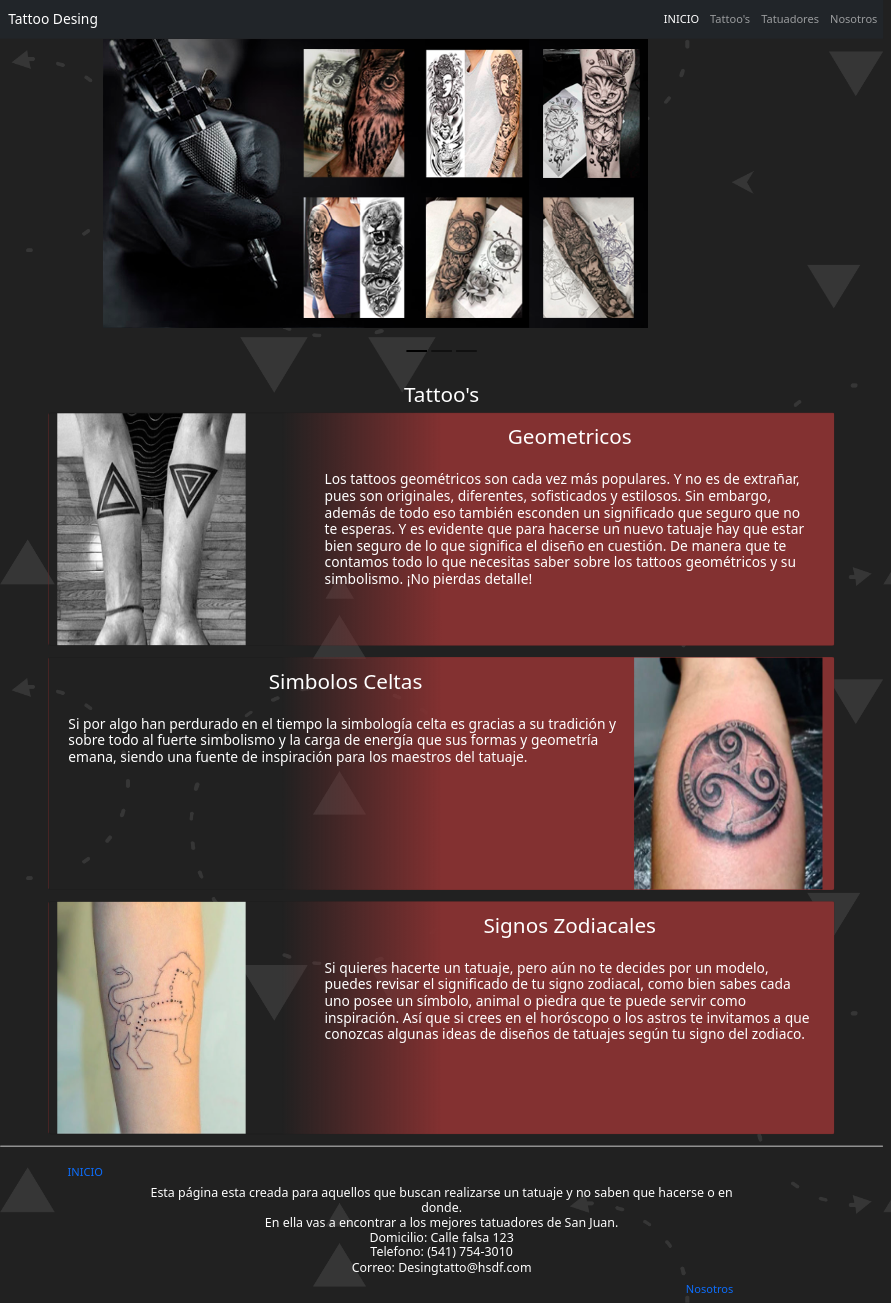
Repository: Vladimir-22/TatooDesign
Page: index.html
These files come from the project's save history. The page is drawn as it stood at one moment and after the next save; the edit follows.
The browser window is 1280 px wide. The page is 1292 px wide, so the pictures cover 1292 px, including what lies to the right of the window. The pictures show the whole page, at 69% of full size.
Some web libraries are served in a nearby version.

Above is the page before, as saved 2021-05-19 22:44:31.

### index.html
<!DOCTYPE html>
<html lang="es">
  <head>
    <meta charset="UTF-8" />
    <meta http-equiv="X-UA-Compatible" content="IE=edge" />
    <meta name="viewport" content="width=device-width, initial-scale=1.0" />
    <link
      href="https://cdn.jsdelivr.net/npm/bootstrap@5.0.0-beta3/dist/css/bootstrap.min.css"
      rel="stylesheet"
      integrity="sha384-eOJMYsd53ii+scO/bJGFsiCZc+5NDVN2yr8+0RDqr0Ql0h+rP48ckxlpbzKgwra6"
      crossorigin="anonymous"
    />
    <script
      src="https://cdn.jsdelivr.net/npm/bootstrap@5.0.0-beta3/dist/js/bootstrap.bundle.min.js"
      integrity="sha384-JEW9xMcG8R+pH31jmWH6WWP0WintQrMb4s7ZOdauHnUtxwoG2vI5DkLtS3qm9Ekf"
      crossorigin="anonymous"
    ></script>
    <script
      src="https://cdn.jsdelivr.net/npm/bootstrap@5.0.0-beta3/dist/js/bootstrap.bundle.min.js"
      integrity="sha384-JEW9xMcG8R+pH31jmWH6WWP0WintQrMb4s7ZOdauHnUtxwoG2vI5DkLtS3qm9Ekf"
      crossorigin="anonymous"
    ></script>
    <script
      src="https://cdn.jsdelivr.net/npm/@popperjs/core@2.9.1/dist/umd/popper.min.js"
      integrity="sha384-SR1sx49pcuLnqZUnnPwx6FCym0wLsk5JZuNx2bPPENzswTNFaQU1RDvt3wT4gWFG"
      crossorigin="anonymous"
    ></script>
    <script
      src="https://cdn.jsdelivr.net/npm/bootstrap@5.0.0-beta3/dist/js/bootstrap.min.js"
      integrity="sha384-j0CNLUeiqtyaRmlzUHCPZ+Gy5fQu0dQ6eZ/xAww941Ai1SxSY+0EQqNXNE6DZiVc"
      crossorigin="anonymous"
    ></script>
    <link
      rel="stylesheet"
      href="https://use.fontawesome.com/releases/v5.8.1/css/all.css"
      integrity="sha384-50oBUHEmvpQ+1lW4y57PTFmhCaXp0ML5d60M1M7uH2+nqUivzIebhndOJK28anvf"
      crossorigin="anonymous"
    />
    <link rel="stylesheet" href="css/styles.css" />
    <title>Tattoo Desing</title>
  </head>

  <body>
    <nav class="navbar navbar-expand-lg navbar-dark bg-dark">
      <div class="container-fluid">
        <!-- <i class="fas fa-bars"></i> -->

        <div class="col-md-9">
          <a class="navbar-brand" href="#">Tattoo Desing</a>

          <button
            class="navbar-toggler"
            type="button"
            data-bs-toggle="collapse"
            data-bs-target="#navbarNav"
            aria-controls="navbarNav"
            aria-expanded="false"
            aria-label="Toggle navigation"
          >
            <span class="navbar-toggler-icon"></span>
          </button>
        </div>

        <div class="col-md-3 collapse navbar-collapse" id="navbarNav">
          <ul class="navbar-nav">
            <li class="nav-item">
              <a class="nav-link active" aria-current="page" href="#">INICIO</a>
            </li>
            <li class="nav-item">
              <a class="nav-link" href="tattoo's.html">Tattoo's</a>
            </li>
            <li class="nav-item">
              <a class="nav-link" href="tatuadores.html">Tatuadores</a>
            </li>
            <li class="nav-item">
              <a
                class="nav-link"
                href="nosotros.html"
                tabindex="-1"
                aria-disabled="true"
                >Nosotros</a
              >
            </li>
          </ul>
        </div>
      </div>
    </nav>

    <div class="container">
      <div class="row" id="carrusel">
        <div
          id="carouselExampleDark"
          class="carousel carousel-dark slide"
          data-bs-ride="carousel"
        >
          <div class="carousel-indicators">
            <button
              type="button"
              data-bs-target="#carouselExampleDark"
              data-bs-slide-to="0"
              class="active"
              aria-current="true"
              aria-label="Slide 1"
            ></button>
            <button
              type="button"
              data-bs-target="#carouselExampleDark"
              data-bs-slide-to="1"
              aria-label="Slide 2"
            ></button>
            <button
              type="button"
              data-bs-target="#carouselExampleDark"
              data-bs-slide-to="2"
              aria-label="Slide 3"
            ></button>
          </div>

          <div class="carousel-inner">
            <div class="carousel-item active" data-bs-interval="10000">
              <img
                id="imgCarrusel"
                src="./Agos/Carrusel/trae-tu-diseño.png"
                class="d-block w-20"
                alt="..."
              />
              <!-- <div class="carousel-caption d-none d-md-block">
                            <h5>First slide label</h5>
                            <p>Some representative placeholder content for the first slide.</p>
                        </div> -->
            </div>
            <div class="carousel-item" data-bs-interval="4000">
              <img
                id="imgCarrusel"
                src="./Agos/Carrusel/Tendencias.png"
                class="d-block w-20"
                alt="..."
              />
              <!-- <div class="carousel-caption d-none d-md-block">
                            <h5>Second slide label</h5>
                            <p>Some representative placeholder content for the second slide.</p>
                        </div> -->
            </div>
            <div class="carousel-item" data-bs-interval="2000">
              <img
                id="imgCarrusel"
                src="./Agos/Carrusel/Tatuadores-banner.png"
                class="d-block w-20"
                alt="..."
              />
              <!-- <div class="carousel-caption d-none d-md-block">
                            <h5>Third slide label</h5>
                            <p>Some representative placeholder content for the third slide.</p>
                        </div> -->
            </div>
          </div>

          <!-- <button class="carousel-control-prev" type="button" data-bs-target="#carouselExampleDark" data-bs-slide="prev">
                  <span class="carousel-control-prev-icon" aria-hidden="true"></span>
                  <span class="visually-hidden">Previous</span>
                </button>
                <button class="carousel-control-next" type="button" data-bs-target="#carouselExampleDark" data-bs-slide="next">
                  <span class="carousel-control-next-icon" aria-hidden="true"></span>
                  <span class="visually-hidden">Next</span>
                </button> -->
        </div>
      </div>

      <div class="row section2 text-center">
        <h1>Tattoo's</h1>
      </div>

      <div class="row">
        <!-- <div class="card mb-3">
                <img src="./Pedro/Categorías - Signos Zodiacales/Simbolos Celtas.PNG" class="card-img-top" alt="...">
                <div class="card-body">
                    <h5 class="card-title">Card title</h5>
                    <p class="card-text">This is a wider card with supporting text below as a natural lead-in to additional content. This content is a little bit longer.</p>
                    <p class="card-text"><small class="text-muted">Last updated 3 mins ago</small></p>
                </div>
            </div> -->

        <div id="Geometricos" class="card mb-3" style="max-width: auto">
          <div class="row g-0">
            <div class="col-md-4">
              <img
                id="imagen"
                src="./Pedro/Categorías - descripcion inicio/Tatuajes Geometricos.jpg"
                alt="..."
              />
            </div>
            <div class="col-md-8">
              <div class="card-body">
                <h1 class="card-title">Geometricos</h1>
                <br />
                <h5 id="descrip-gral" class="card-text">
                  Los tattoos geométricos son cada vez más populares. Y no es de
                  extrañar, pues son originales, diferentes, sofisticados y
                  estilosos. Sin embargo, además de todo eso también esconden un
                  significado que seguro que no te esperas. Y es evidente que
                  para hacerse un nuevo tatuaje hay que estar bien seguro de lo
                  que significa el diseño en cuestión. De manera que te contamos
                  todo lo que necesitas saber sobre los tattoos geométricos y su
                  simbolismo. ¡No pierdas detalle!
                </h5>
                <!-- <p class="card-text"><small class="text-muted">Última actualización 3 minutos</small></p> -->
              </div>
            </div>
          </div>
        </div>

        <div id="Celtas" class="card mb-3" style="max-width: auto">
          <div class="row g-0">
            <div class="col-md-9">
              <div class="card-body">
                <h1 class="card-title">Simbolos Celtas</h1>
                <br />
                <h5 id="descrip-gral" class="card-text">
                  Si por algo han perdurado en el tiempo la simbología celta es
                  gracias a su tradición y sobre todo al fuerte simbolismo y la
                  carga de energía que sus formas y geometría emana, siendo una
                  fuente de inspiración para los maestros del tatuaje.
                </h5>
                <!-- <p class="card-text"><small class="text-muted">Última actualización 3 minutos</small></p> -->
              </div>
            </div>
            <div class="col-md-3">
              <img
                id="imagen"
                src="./Pedro/Categorías - descripcion inicio/Simbolos Celtas.jpg"
                alt="..."
              />
            </div>
          </div>
        </div>

        <div id="Zodiacales" class="card mb-3" style="max-width: auto">
          <div class="row g-0">
            <div class="col-md-4">
              <img
                id="imagen"
                src="./Pedro/Categorías - descripcion inicio/Signos Zodiacales.jpg"
                alt="..."
              />
            </div>
            <div class="col-md-8">
              <div class="card-body">
                <h1 class="card-title">Signos Zodiacales</h1>
                <br />
                <h5 id="descrip-gral" class="card-text">
                  Si quieres hacerte un tatuaje, pero aún no te decides por un
                  modelo, puedes revisar el significado de tu signo zodiacal,
                  como bien sabes cada uno posee un símbolo, animal o piedra que
                  te puede servir como inspiración. Así que si crees en el
                  horóscopo o los astros te invitamos a que conozcas algunas
                  ideas de diseños de tatuajes según tu signo del zodiaco.
                </h5>
                <!-- <p class="card-text"><small class="text-muted">Última actualización 3 minutos</small></p> -->
              </div>
            </div>
          </div>
        </div>
      </div>
    </div>
  </body>
  <footer>
    <div class="footer" id="footer">
      <div id="footer" class="card mb-3" style="auto"></div>
        <div class="container">
            <div class="row">
                <div class="col">
                        <a class="nav-link active" aria-current="page" href="#">INICIO</a>
                    </div>
                </div>
                <div class="col-md-2"></div>
            </div>
            <div class="row">
                <div class="col"></div>
                <div class="col-md-8">
                    <h3 id="descrip-gral" class="card-text">
                        Esta página esta creada para aquellos que buscan realizarse un
                        tatuaje y no saben que hacerse o en donde. <br>
                        En ella vas a encontrar a los mejores tatuadores de San Juan.<br>
                        Domicilio: Calle falsa 123<br>
                        Telefono: (541) 754-3010<br>
                        Correo: Desingtatto@hsdf.com<br>
                    </h3>
                </div>
                <div class="col"></div>
            </div>
            <div class="row">
                <div class="col"></div>
                <div class="col"></div>
                <div class="col-md-3">
                    <a class="nav-link" href="nosotros.html" tabindex="-1" aria-disabled="true" >Nosotros</a>
                </div>
            </div>
      </div>
    </div>
  </footer>
</html>

### css/styles.css
body {
    margin: 0 !important;
    padding: 0;
    position: relative;
    /*width: 1440px;
    height: 1024px;*/
    background: #212121;
    background-image: url(../Daniela/Background.png);
    background-position: center;
    background-size: contain;
    /* font-family: NanumGothic; */
}

.section2 {
    margin-top: 7%;
    color: white;
}

.section3 {
    margin-top: 3%;
    color: white;
}

h1 {
    font-size: 30px;
}

h2 {
    font-size: 21px;
}

h3 {
    font-size: 18px;
}

h1,
h2,
h3 {
    color: white;
    text-align: center;
}


/*.card img {
    width: 30%;
    height: 30%;
    align-content: center;
} */

nav {
    position: absolute;
    left: 0% !important;
    right: 0% !important;
    top: 0% !important;
    bottom: 0% !important;
    background: #000000 !important;
}

.carousel-indicators {
    left: 0% !important;
    right: 0% !important;
    top: 105% !important;
    bottom: 0% !important;
    margin-top: 0% !important;
}

.carousel-inner {
    left: 6% !important;
    right: 0% !important;
    top: 0% !important;
}



#Geometricos,
#Celtas,
#Zodiacales{
    background: linear-gradient(270deg, #833131 50%, rgba(131, 49, 49, 0) 70.34%);
    border-radius: 4px;
}

#nosotros
{
    background: none;
}

#descrip-gral {
    color: white;
}

#imagen {
    width: 273px;
    height: 336px;
}

#Celtas #imagen {
    right: 100% !important;
    top: 660px;
}

After the next save:
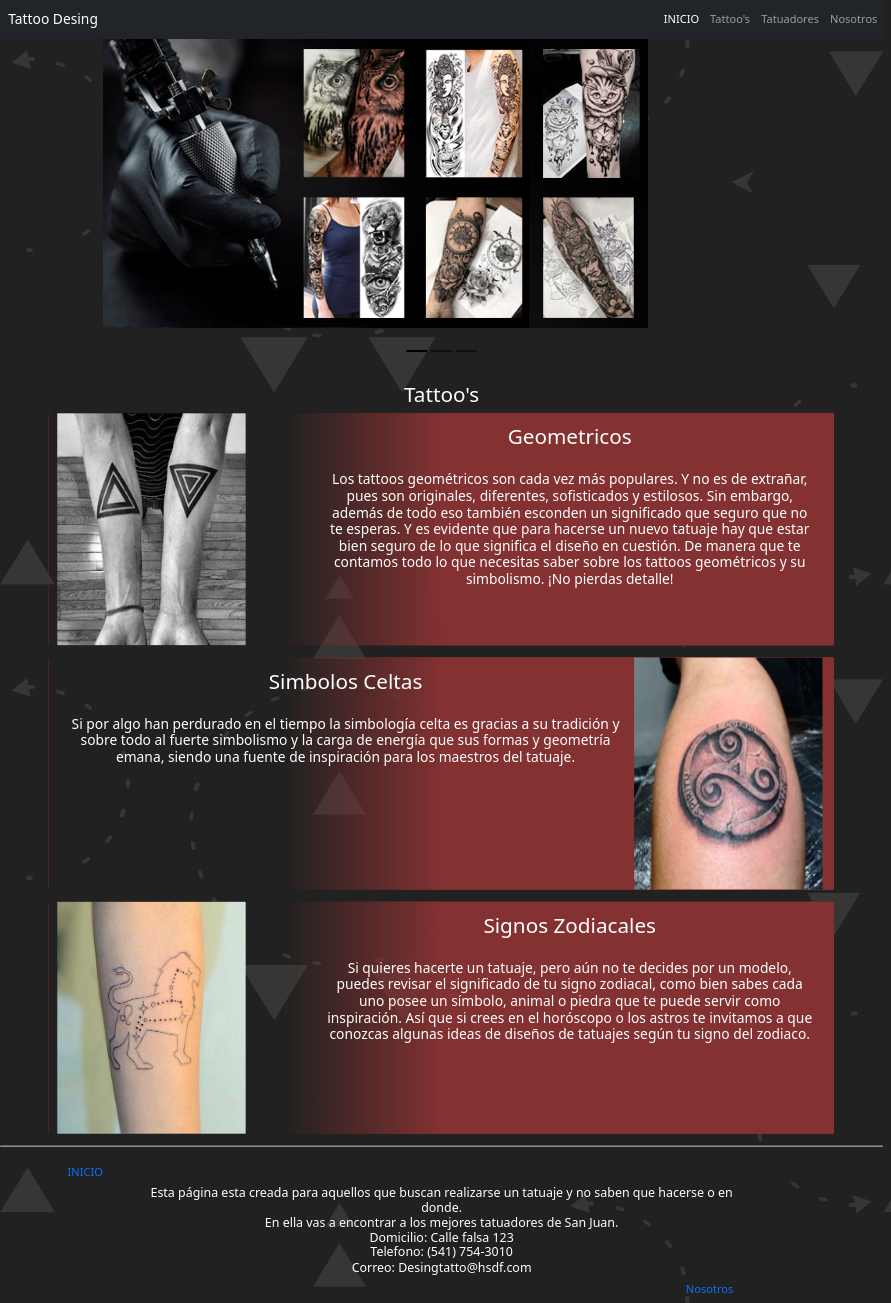
Saved 7 min 49 s later.
--- a/css/styles.css
+++ b/css/styles.css
@@ -38,6 +38,11 @@ h2,
 h3 {
     color: white;
     text-align: center;
+}
+h5{
+    color: white;
+    text-align: center;
+    font-weight:200;
 }
 
 
